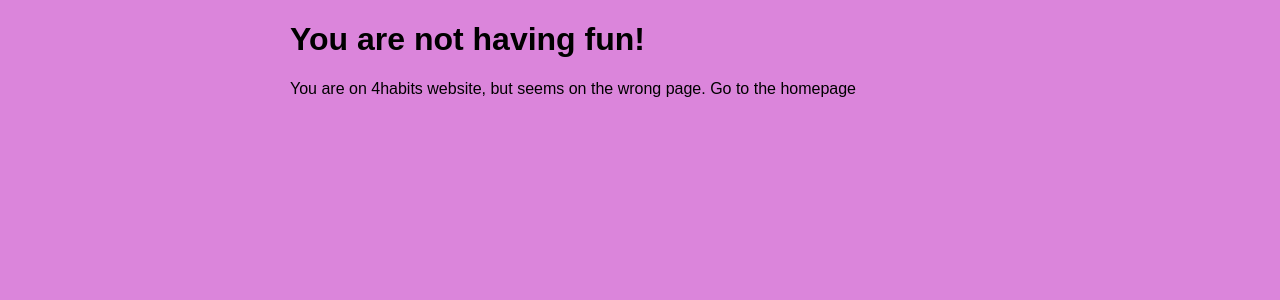
Repository: MLbier/project4habits
Page: public/404.html
The author's editor kept a copy of each file at every save. The page is drawn from the files as they stood at one save, then again after the next save.
The browser window is 1280 px wide. The pictures show the whole page.

Above is the page before, as saved 2021-12-03 13:17:35.

After the next save:
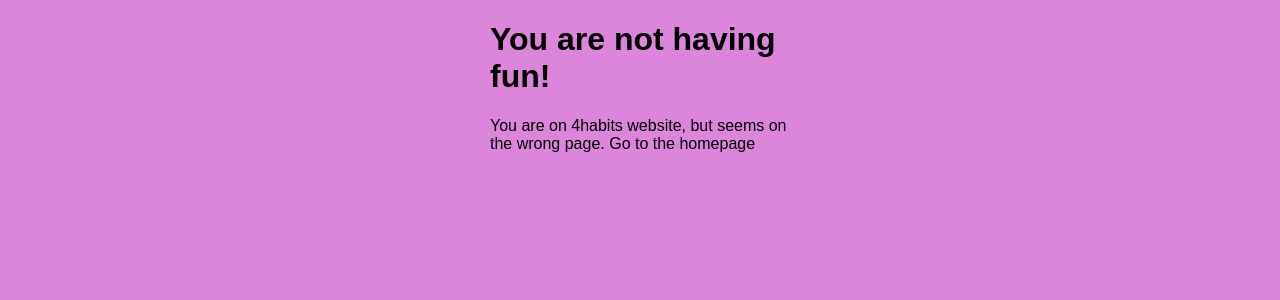
Saved 95 s later.
--- a/public/404.html
+++ b/public/404.html
@@ -9,7 +9,7 @@
     background-color:rgb(219, 133, 219);
     font-family: Arial, Helvetica, sans-serif;
     margin:0 auto;
-    max-width: 700px;
+    max-width: 300px;
   }
   .rails-default-error-page div.dialog {
     width: 95%;
